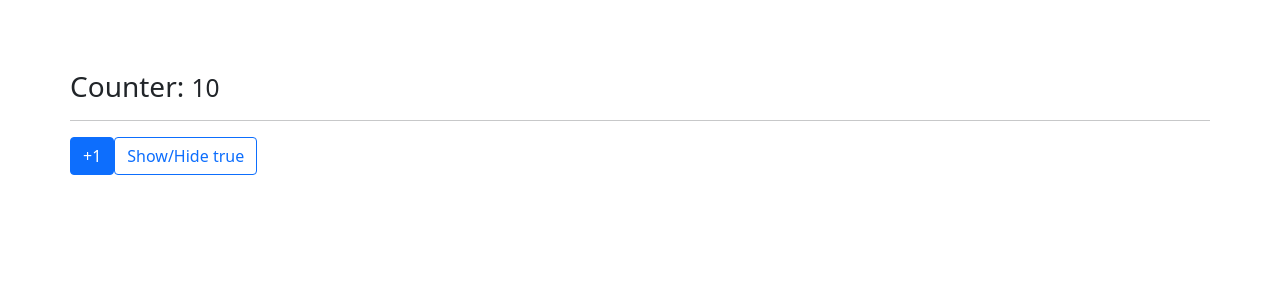
Repository: FlamesAlejandro/practicaReact
Page: /
An editor plug-in stored every save of this project. The page is shown before and after a run of saves, followed by the edit.
The browser window is 1280 px wide. The pictures show the whole page.
The project was rebuilt for these pictures with package versions that can differ from the ones it lists, and the page was loaded fresh each time.

Above is the page before, as saved 2021-06-03 19:55:19.

### public/index.html
<!DOCTYPE html>
<html lang="en">
  <head>
    <meta charset="utf-8" />
    <link rel="icon" href="%PUBLIC_URL%/favicon.ico" />
    <meta name="viewport" content="width=device-width, initial-scale=1" />
    <meta name="theme-color" content="#000000" />
    <meta
      name="description"
      content="Web site created using create-react-app"
    />

    <!--
      manifest.json provides metadata used when your web app is installed on a
      user's mobile device or desktop. See https://developers.google.com/web/fundamentals/web-app-manifest/
    -->
    <link rel="manifest" href="%PUBLIC_URL%/manifest.json" />
    <!--
      Notice the use of %PUBLIC_URL% in the tags above.
      It will be replaced with the URL of the `public` folder during the build.
      Only files inside the `public` folder can be referenced from the HTML.

      Unlike "/favicon.ico" or "favicon.ico", "%PUBLIC_URL%/favicon.ico" will
      work correctly both with client-side routing and a non-root public URL.
      Learn how to configure a non-root public URL by running `npm run build`.
    -->
       <!-- CSS only -->
<link href="https://cdn.jsdelivr.net/npm/bootstrap@5.0.1/dist/css/bootstrap.min.css" rel="stylesheet" integrity="sha384-+0n0xVW2eSR5OomGNYDnhzAbDsOXxcvSN1TPprVMTNDbiYZCxYbOOl7+AMvyTG2x" crossorigin="anonymous"></link>

    <title>Hooks App</title>
  </head>
  <body>
    <noscript>You need to enable JavaScript to run this app.</noscript>
    <div id="root"></div>
    <!--
      This HTML file is a template.
      If you open it directly in the browser, you will see an empty page.

      You can add webfonts, meta tags, or analytics to this file.
      The build step will place the bundled scripts into the <body> tag.

      To begin the development, run `npm start` or `yarn start`.
      To create a production bundle, use `npm run build` or `yarn build`.
    -->
  </body>
</html>

### src/index.js
import React from 'react';
import ReactDOM from 'react-dom';
import { MemoHook } from './components/06-memos/MemoHook';
// import { RealExampleRef } from './components/04-useRef/RealExampleRef';
// import { Layout } from './components/05-useLayoutEffect/LayoutEffect';
// import { Memorize } from './components/06-memos/Memorize';
// import { FocusScreen } from './components/04-useRef/FocusScreen';
// import { MultipleCustomHook } from './components/03-examples/MultipleCustomHook';
// import { FormWithCustomHook } from './components/useEffect/FormWithCustomHook';
// import { SimpleForm } from './components/useEffect/SimpleForm';
// import { CounterApp } from './components/01-useState/CounterApp';
// import { CounterWithCustomHook } from './components/01-useState/CounterWithCustomHook';
// import { HookApp } from './HookApp';

ReactDOM.render(

    <MemoHook />,

  document.getElementById('root')
);

### src/components/06-memos/MemoHook.js
import React, { useState, useMemo } from 'react';
import { useCounterM } from '../../hooks/useCounterM'
import { procesoPesado } from '../../helpers/procesoPesado';
import '../02-useEffect/effect.css';


export const MemoHook = () => {

    const { counter, increment } = useCounterM( 10 );
    const [ show, setShow ] = useState(true);

    const memoProcesoPesado = useMemo( () => procesoPesado( counter ), [ counter ]);

    return (
        <div>
            <h3>Counter: <small>{ counter }</small> </h3>
            <hr />

            <button
                className="btn btn-primary"
                onClick={ increment }
            >
                +1
            </button>

            <button
                className="btn btn-outline-primary ml-3"
                onClick={ () =>{
                    setShow( !show );
                    }
                }
            >
                Show/Hide { JSON.stringify( show ) }
            </button>

        </div>
    )
}

### src/hooks/useCounterM.js
import { useState } from 'react';

export const useCounterM = (initialState = 10) => {

    const [counter, setCounter] = useState(initialState)

    const increment = (  ) => {
        setCounter( counter + 1 );
    }

    const decrement = (  ) => {
        setCounter( counter - 1 );
    }

    const reset = () => {
        setCounter( initialState );
    }

    return {
        counter,
        increment,
        decrement,
        reset
    };


}

### src/helpers/procesoPesado.js
export const procesoPesado = ( iteraciones ) => {

    for( let i = 0; i < iteraciones; i ++ ){
        console.log('Comienza....');
    }

    return `${ iteraciones } iteraciones realizadas.`;
}

Loaded but not shown: src/components/02-useEffect/effect.css (common file)

After the next 2 saves:
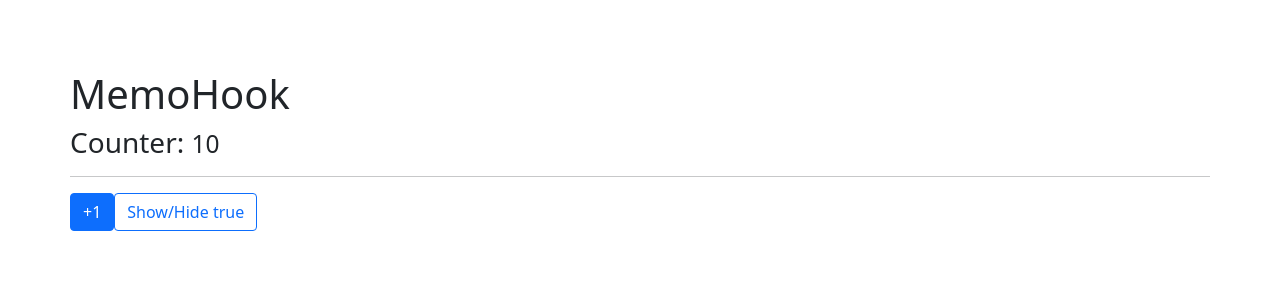
The 2 saves are shown as one change because they came seconds apart.
The last was saved 13 s later.
--- a/src/components/06-memos/MemoHook.js
+++ b/src/components/06-memos/MemoHook.js
@@ -13,6 +13,7 @@ export const MemoHook = () => {
 
     return (
         <div>
+            <h1> MemoHook </h1>
             <h3>Counter: <small>{ counter }</small> </h3>
             <hr />
 
